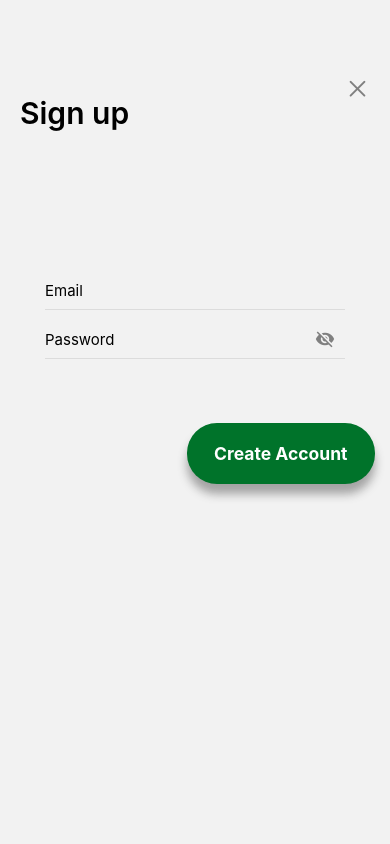
Repository: swholtzman/ReactNative-AWS-Tutorial
Screen: /JoinNow
An editor plug-in stored every save of this project. The screen is shown before and after a run of saves, followed by the edit.
The app was drawn by React Native's web renderer in a window 390 px wide. The project was rebuilt for these pictures with package versions that can differ from the ones it lists, and the page was loaded fresh each time. Also part of the build but not shown: screens/SignIn.js, screens/Main.js.

Above is the screen before, as saved 2024-04-06 16:28:33.

After the next 2 saves:
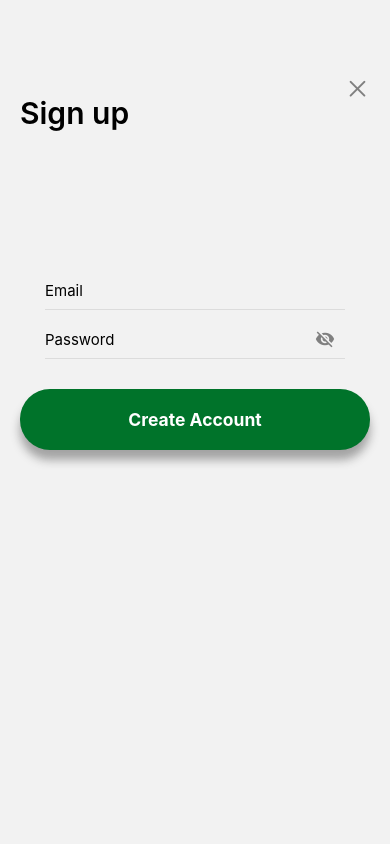
The 2 saves are shown as one change because 1 did not build or start.
The last was saved 36 s later.
--- a/screens/JoinNow.js
+++ b/screens/JoinNow.js
@@ -118,9 +118,9 @@ const styles = StyleSheet.create({
         top: 0,
         right: 20,
       },
-      buttonContainer: {
-        position: "absolute",
-        bottom: 0,
-        right: 15,
-      },
+    //   buttonContainer: {
+    //     position: "absolute",
+    //     bottom: 0,
+    //     right: 15,
+    //   },
 });
